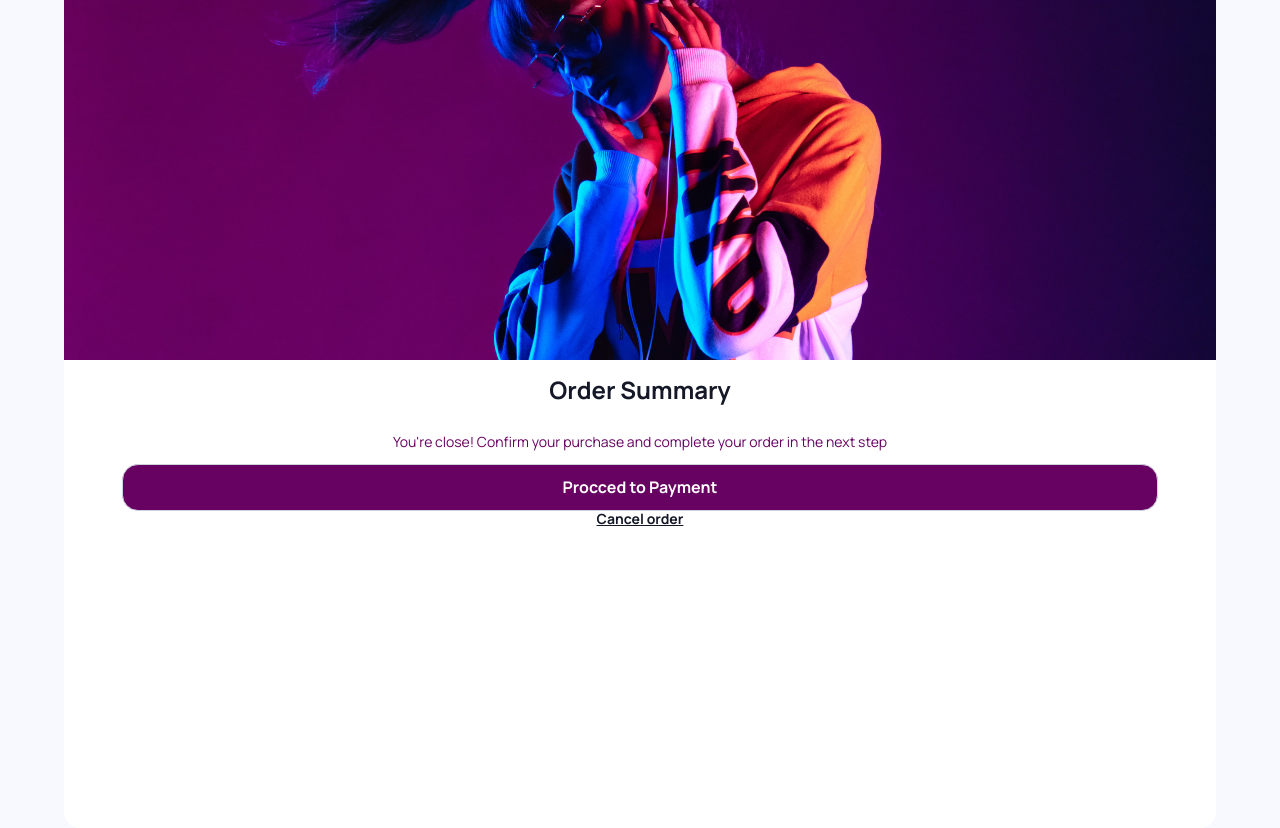
Repository: ssynowiec/INVO-Academy-solution
Page: /
The author's editor kept a copy of each file at every save. The page is drawn from the files as they stood at one save, then again after the next save.
The browser window is 1280 px wide. The pictures show the whole page.
The project was rebuilt for these pictures with package versions that can differ from the ones it lists, and the page was loaded fresh each time.

Above is the page before, as saved 2023-02-16 09:45:22.

After the next save:
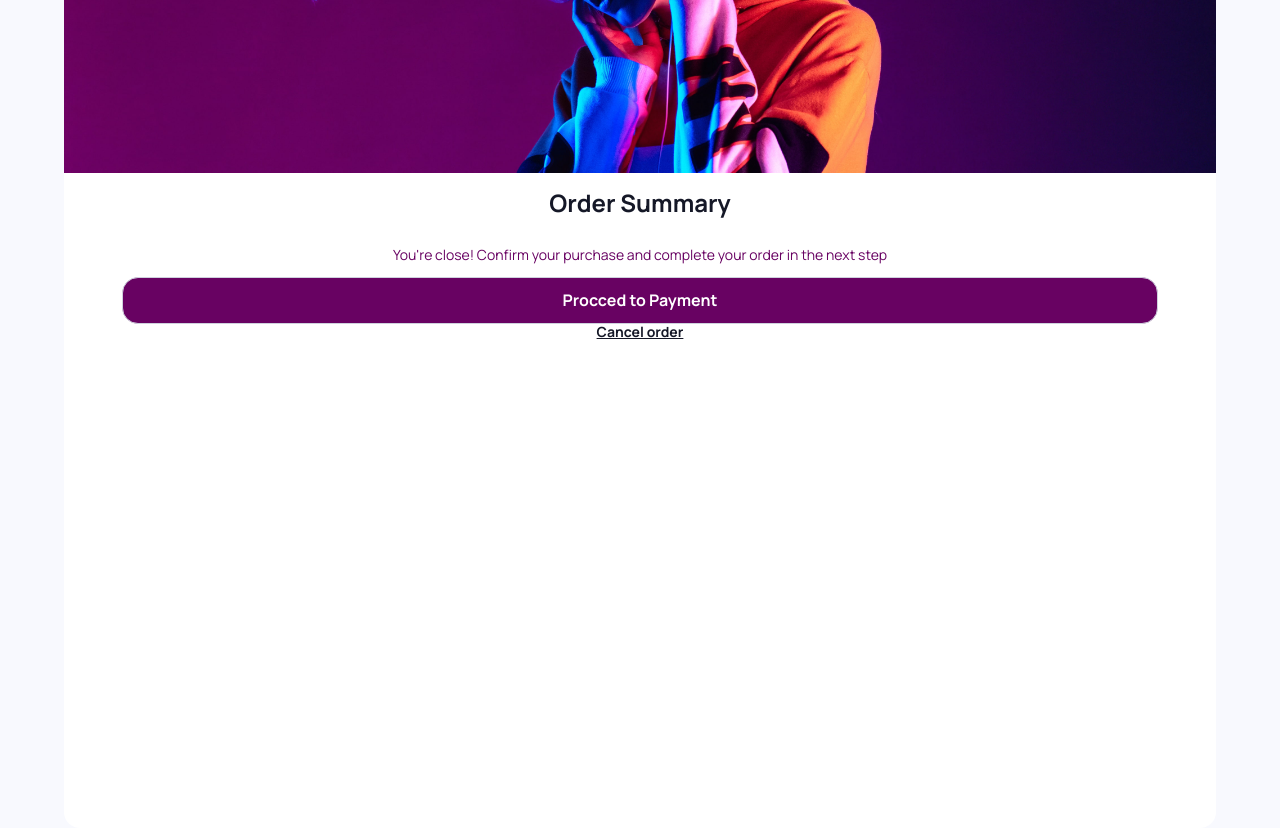
Saved 14 s later.
--- a/src/pages/home-page/styles/home-page.scss
+++ b/src/pages/home-page/styles/home-page.scss
@@ -18,7 +18,7 @@
 
 	&-image {
 		width: 100%;
-		height: 50%;
+		height: 30%;
 		object-fit: cover;
 	}
 
